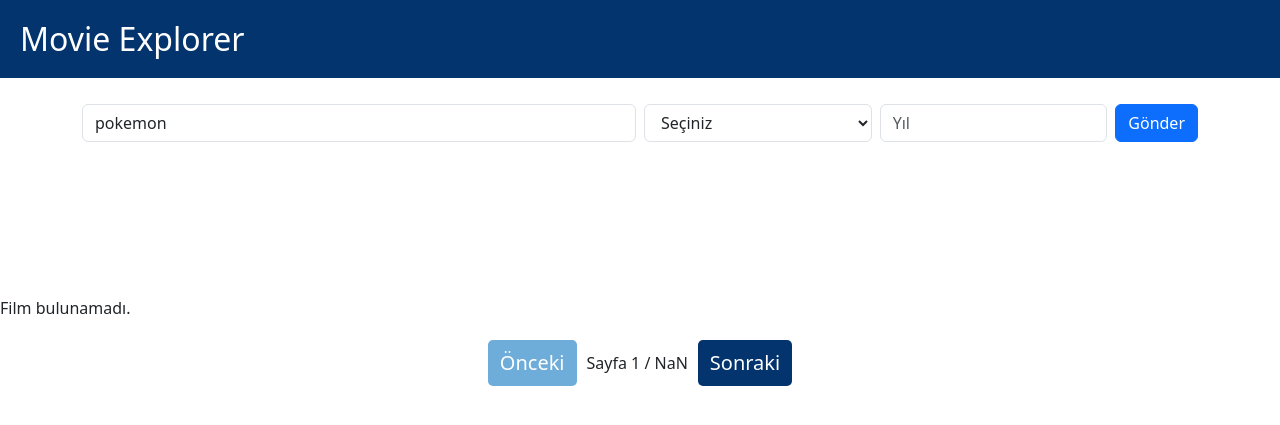
Repository: denizdizi/movie-explorer
Page: /
The author's editor kept a copy of each file at every save. The page is drawn from the files as they stood at one save, then again after the next save.
The browser window is 1280 px wide. The pictures show the whole page.
The page's requests for data from a server got no answer. The project was rebuilt for these pictures with package versions that can differ from the ones it lists, and the page was loaded fresh each time. No one was signed in, and anything a server would have sent is missing. Also part of the build but not shown: src/App.css, src/components/MovieCard.js, src/pages/MovieDetail.js.

Above is the page before, as saved 2025-03-29 01:13:45.

### src/index.js
import React from 'react';
import ReactDOM from 'react-dom/client';
import './index.css';
import App from './App';
import reportWebVitals from './reportWebVitals';
import { Provider } from 'react-redux';
import store from "./store/store";
import 'bootstrap/dist/css/bootstrap.min.css';
import 'bootstrap/dist/js/bootstrap.bundle.min';

const root = ReactDOM.createRoot(document.getElementById('root'));
root.render(
  <Provider store={store}>
    <App />
  </Provider>
);

// If you want to start measuring performance in your app, pass a function
// to log results (for example: reportWebVitals(console.log))
// or send to an analytics endpoint. Learn more: https://bit.ly/CRA-vitals
reportWebVitals();

### src/App.js
import './App.css';
import React from "react";
import { BrowserRouter as Router, Routes, Route } from "react-router-dom";
import Home from "./pages/Home";
import MovieDetails from "./pages/MovieDetail";
import "./styles/global.scss";

function App() {
  return (
    <Router>
      <Routes>
        <Route path="/" element={<Home />} />
        <Route path="/movie/:id" element={<MovieDetails />} />
      </Routes>
    </Router>
  );
}

export default App;

### src/store/store.js
import { createStore, applyMiddleware, combineReducers } from "redux";
import { thunk } from "redux-thunk";
import movieReducer from "./reducers";

const rootReducer = combineReducers({
  movies: movieReducer,
});

const store = createStore(rootReducer, applyMiddleware(thunk));

export default store;

### src/pages/Home.js
import React, { useEffect, useState } from "react";
import { useDispatch, useSelector } from "react-redux";
import { fetchMovies } from "../store/actions";
import { setPage } from "../store/actions";
import MovieList from "../components/MovieList";
import SearchBar from "../components/SearchBar";
import Pagination from "../components/Pagination";
import { TailSpin } from 'react-loader-spinner';

const Home = () => {
  const dispatch = useDispatch();
  const { movies } = useSelector((state) => state);

  useEffect(() => {
    dispatch(fetchMovies(movies.formData.query, movies.currentPage, movies.formData.type, movies.formData.year));
  }, [dispatch, movies.currentPage]);

  const handlePageChange = (newPage) => {
    dispatch(setPage(newPage));
  };

  return (
    <div>
      <h1 className="page-title">Movie Explorer</h1>
      <SearchBar/>
      {movies.loading && (
        <div className="loading-overlay">
          {/* TailSpin spinner'ını burada gösteriyoruz */}
          <TailSpin
            height="100"
            width="100"
            color="#00BFFF"
            ariaLabel='loading'
          />
        </div>
      )}
      {movies.error && <p>Hata: {movies.error}</p>}
      <MovieList movies={movies} />
      <Pagination
        currentPage={movies.currentPage}
        totalResults={movies.totalResults}
        onPageChange={handlePageChange}
      />
    </div>
  );
};

export default Home;

### src/styles/global.scss
body {
    padding-top: 80px;
    font-family: 'Franklin Gothic Medium', 'Arial Narrow', Arial, sans-serif;
    background-color: #f9f9f9;
}

.movie-list {
    justify-content: center;
}

.movie-line {
  display: flex;
  flex-wrap: wrap;
  align-items: center;
  margin-bottom: 2em;
  background-color: #f9f9f9;
  gap: 2em;
  justify-content: center;
}

.movie-card {
  width: 100%; /* Kartın genişliği */
  height: 300px; /* Kartın yüksekliği */
  border-radius: 10px; /* Köşeleri yuvarlat */
  box-shadow: 0 4px 8px rgba(0, 0, 0, 0.2); /* Gölgelendirme */
  overflow: hidden; /* İçerik taşmasını engelle */
  background-color: #fff; /* Arka plan beyaz */
  display: flex;
  flex-direction: column; /* İçeriği dikey yerleştir */
  align-items: center;
  justify-content: flex-start; /* Başlık ve içerikler üst kısımda yer alsın */
  padding: 10px;
  border: 1px solid #ddd; /* Çerçeve */
}

.img-container {
  width: 100%; /* Konteynerin genişliği */
  height: 60%; /* Resmin yüksekliği */
  overflow: hidden;
  padding: 0; /* Paddingi sıfırlayın */
  display: flex;
  justify-content: center;
  align-items: center; /* Resmin ortalanması için */
  border-radius: 5px;
}

.img-container img {
  width: 100%;
  height: 100%;
  object-fit: cover; /* Resmi konteynere tam sığdır */
  object-position: center;
}

.movie-card h3 {
  margin-top: 10px;
  font-size: 16px;
  text-align: center;
}

@media (max-width: 700px) {
  .movie-line {
    flex-direction: column;
  }

  .img-container {
    height: 60%; /* Küçük ekranlarda img-container yüksekliğini azaltın */
  }
}

.search-bar {
    display: flex;
    align-items: center;
    justify-content: center;
    margin: 20px 0;
  }

  .input-wrapper {
    display: flex;
    position: relative;
  }

  .search-input {
    padding: 10px;
    font-size: 1rem;
    border-radius: 5px;
    border: 1px solid #ccc;
    width: 300px;
    transition: all 0.3s ease;
  }

  .search-input:focus {
    border-color: #007bff;
    outline: none;
  }

  .clear-btn {
    position: absolute;
    top: 50%;
    right: 10px;
    transform: translateY(-50%);
    background: none;
    border: none;
    font-size: 18px;
    color: #ccc;
    cursor: pointer;
    transition: color 0.3s;
  }

  .search-btn {
    padding: 10px 20px;
    background-color: #03346E;
    color: white;
    border: none;
    border-radius: 5px;
    cursor: pointer;
    margin-left: 10px;
    font-size: 1rem;
  }

  .search-btn:hover {
    background-color: #0056b3;
  }

  .page-title {
    background-color: #03346E; /* Başlık arkaplan rengini koyu gri yapıyoruz */
    color: #fff; /* Yazı rengini beyaz yapıyoruz */
    padding: 20px; /* Arka planın etrafına biraz boşluk ekliyoruz */
    font-size: 2em; /* Başlık boyutunu büyütüyoruz */
    position: fixed; /* Başlık sabitlenecek */
    top: 0; /* Başlık üstte olacak */
    left: 0; /* Başlık solda olacak */
    width: 100%; /* Başlık tam genişlikte olacak */
    z-index: 1000; /* Başlık, diğer içeriklerin üstünde yer alacak */
    margin-top: 0;
  }

  .loading-overlay {
    position: fixed;
    top: 0;
    left: 0;
    width: 100%;
    height: 100%;
    background-color: rgba(0, 0, 0, 0.5); /* Yarı saydam siyah arka plan */
    display: flex;
    justify-content: center;
    align-items: center;
    z-index: 9999; /* Diğer içeriklerin üstünde olmalı */
  }

  .pagination {
    display: flex;
    justify-content: center;
    align-items: center;
    gap: 10px;
    margin: 20px 0;

    button {
      padding: 8px 12px;
      font-size: 20px;
      cursor: pointer;
      border: none;
      background: #03346E;
      color: white;
      border-radius: 5px;

      &:disabled {
        background: #6EACDA;
        cursor: not-allowed;
      }
    }
  }

### src/store/reducers.js
import { SET_PAGE, SET_FORM_DATA, SET_MOVIE, FETCH_MOVIES_REQUEST, FETCH_MOVIES_SUCCESS, FETCH_MOVIES_FAILURE } from "./actions";

const initialState = {
  formData: {
    query: "pokemon",
    type: "",
    year: "",
    page: 1,
  },
  movies: [],
  totalResults: "0",
  currentPage: 1,
  loading: false,
  error: null,
  searchQuery: "pokemon",
  selectedMovie: null,
};

const movieReducer = (state = initialState, action) => {
  switch (action.type) {
    case SET_PAGE:
      return {
        ...state,
        currentPage: action.payload,
      };
      case SET_FORM_DATA:
        return {
          ...state,
          formData: { ...state.formData, ...action.payload }, // Form verilerini günceller
        };
      case SET_MOVIE:
        return {
          ...state,
          selectedMovie: action.payload,
          loading: false,
        };
    case FETCH_MOVIES_REQUEST:
      return { ...state, loading: true };
    case FETCH_MOVIES_SUCCESS:
      return { ...state, loading: false, movies: action.payload.movies, totalResults: action.payload.totalResults };
    case FETCH_MOVIES_FAILURE:
      return { ...state, loading: false, error: action.payload };
    default:
      return state;
  }
};

export default movieReducer;

### src/store/actions.js
import { searchMovies, getMovieDetails } from "../utils/api";

export const FETCH_MOVIES_REQUEST = "FETCH_MOVIES_REQUEST";
export const FETCH_MOVIES_SUCCESS = "FETCH_MOVIES_SUCCESS";
export const FETCH_MOVIES_FAILURE = "FETCH_MOVIES_FAILURE";
export const SET_PAGE = "SET_PAGE";
export const SET_MOVIE = "SET_MOVIE";

export const fetchMovies = (query = "pokemon", page = 1, type, year, id) => async (dispatch) => {
  dispatch({ type: FETCH_MOVIES_REQUEST });

  try {
    const data = await searchMovies(query, page, type, year);
    dispatch({ type: FETCH_MOVIES_SUCCESS, payload: {movies: data.Search, totalResults: data.totalResults} });
  } catch (error) {
    dispatch({ type: FETCH_MOVIES_FAILURE, payload: error.message });
  }
};

export const fetchMoviesById = (id) => async (dispatch) => {
  dispatch({ type: FETCH_MOVIES_REQUEST });

  try {
    const data = await getMovieDetails(id);
    dispatch({ type: SET_MOVIE, payload: data });
  } catch (error) {
    dispatch({ type: FETCH_MOVIES_FAILURE, payload: error.message });
  }
};

export const setPage = (page) => ({
  type: SET_PAGE,
  payload: page,
});

export const SET_FORM_DATA = "SET_FORM_DATA";

export const setFormData = (formData) => ({
  type: SET_FORM_DATA,
  payload: formData,
});

export const MOVIE = "SET_MOVIE";

export const setMovie = (formData) => ({
  type: SET_MOVIE,
  payload: formData,
});

### src/components/MovieList.js
import React from "react";
import { Row, Col } from "react-bootstrap";
import MovieCard from "./MovieCard";

const MovieList = ({ movies }) => {
  if (!movies || !movies.movies || movies.movies.length === 0) {
    return <p>Film bulunamadı.</p>;
  }

  return (
    <div className="movie-list container mt-4">
    <Row className="g-3 justify-content-center">
      {movies.movies.slice(0, 5).map((movie) => (
        <Col key={movie.imdbID} xs={12} sm={6} md={4} lg={2}>
          <MovieCard movie={movie} />
        </Col>
      ))}
    </Row>
    <Row className="g-3 justify-content-center mt-3">
      {movies.movies.slice(5, 10).map((movie) => (
        <Col key={movie.imdbID} xs={12} sm={6} md={4} lg={2}>
          <MovieCard movie={movie} />
        </Col>
      ))}
    </Row>
  </div>
    // <div className="movie-list">
    //   <div className="row movie-line">
    //     {movies.movies.slice(0, 5).map((movie) => (
    //       <MovieCard key={movie.imdbID} movie={movie} />
    //     ))}
    //   </div>
    //   <div className="row movie-line">
    //     {movies.movies.slice(5, 10).map((movie) => (
    //       <MovieCard key={movie.imdbID} movie={movie} />
    //     ))}
    //   </div>
    // </div>
  );
};

export default MovieList;

### src/components/SearchBar.js
import React, { useState } from "react";
import { fetchMovies } from "../store/actions";
import { useDispatch, useSelector } from "react-redux";
import { setFormData, setPage } from "../store/actions"; // Redux store'dan formData'yı güncellemek için kullanıyoruz

const SearchBar = () => {
  const options = [{
    value: "movie",
    label: "Movie",
  },
  {
    value: "series",
    label: "Series",
  },
  {
    value: "episode",
    label: "Episode",
  }];

  const dispatch = useDispatch();

  const [yearError, setYearError] = useState("");
  const { movies } = useSelector((state) => state);
  const { formData } = movies;


  const handleSubmit = (e) => {
    e.preventDefault();
    if (!yearError || formData.query.trim() !== "") {
      dispatch(setPage(1));
      dispatch(fetchMovies(formData.query, formData.page, formData.type, formData.year));
    }
  };

  const handleChange = (e) => {
    const { name, value } = e.target;
    dispatch(setFormData({ [name]: value }));

    if (name === "year") {
      if (value < 1900 || value > 2025) {
        setYearError("Lütfen 1900 ile 2025 arasında bir yıl giriniz.");
      } else {
        setYearError("");
      }
    }
  };

  const isSubmitDisabled = !formData.query.trim();

  return (
    <div className="container mt-4" style={{ height: "200px" }}>
      <form onSubmit={handleSubmit}>
        <div className="row g-2">
          <div className="col-6">
            <input type="text" className="form-control" placeholder="Search" onChange={handleChange} name="query" value={formData.query}/>
          </div>
          <div className="col">
            <select className="form-control" style={{ appearance: "auto" }} onChange={handleChange} name="type" value={formData.type}>
              <option value="">Seçiniz</option>
              {options.map((option, index) => (
                <option key={index} value={option.value}>{option.label}</option>
              ))}
            </select>         </div>
          <div className="col">
            <input
              type="number"
              className="form-control"
              placeholder="Yıl"
              min="1900"
              max="2025"
              onChange={handleChange}
              name="year"
              value={formData.year}
            />
            {yearError && <small className="text-danger">{yearError}</small>}
          </div>
          <div className="col-auto">
            <button type="submit" className="btn btn-primary" disabled={isSubmitDisabled}>Gönder</button>
          </div>
        </div>
      </form>
    </div>
  );
};

export default SearchBar;

### src/components/Pagination.js
import React from "react";

const Pagination = ({currentPage, totalResults, onPageChange}) => {
  const totalPages = Math.ceil(totalResults / 10);

  const handleNext = () => {
    if (currentPage < totalPages) {
      onPageChange(currentPage + 1);
    }
  };

  const handlePrev = () => {
    if (currentPage > 1) {
      onPageChange(currentPage - 1);
    }
  };

  return (
    <div className="pagination">
      <button onClick={handlePrev} disabled={currentPage === 1}>
        Önceki
      </button>
      <span>Sayfa {currentPage} / {totalPages}</span>
      <button onClick={handleNext} disabled={currentPage === totalPages}>
        Sonraki
      </button>
    </div>
  );
};

export default Pagination;

### src/utils/api.js
import axios from "axios";

const API_KEY = "df54e6ed";
const BASE_URL = "https://www.omdbapi.com/";

export const searchMovies = async (text, page, type, year) => {
  try {
    const response = await axios.get(BASE_URL, {
      params: {
        apikey: API_KEY,
        s: text,
        y: year,
        type: type,
        page: page,
      },
    });
    return response.data;
  } catch (error) {
    console.error("Film arama hatası:", error);
    return [];
  }
};

export const getMovieDetails = async (movieID) => {
  try {
    const response = await axios.get(BASE_URL, {
      params: {
        apikey: API_KEY,
        i: movieID,
      },
    });
    return response.data;
  } catch (error) {
    console.error("Film detaylarını getirme hatası:", error);
    return null;
  }
};

Loaded but not shown: public/index.html (common file); src/index.css (common file); src/reportWebVitals.js (common file); src/styles/movie.scss (no stored copy; drawn as an empty file)

After the next save:
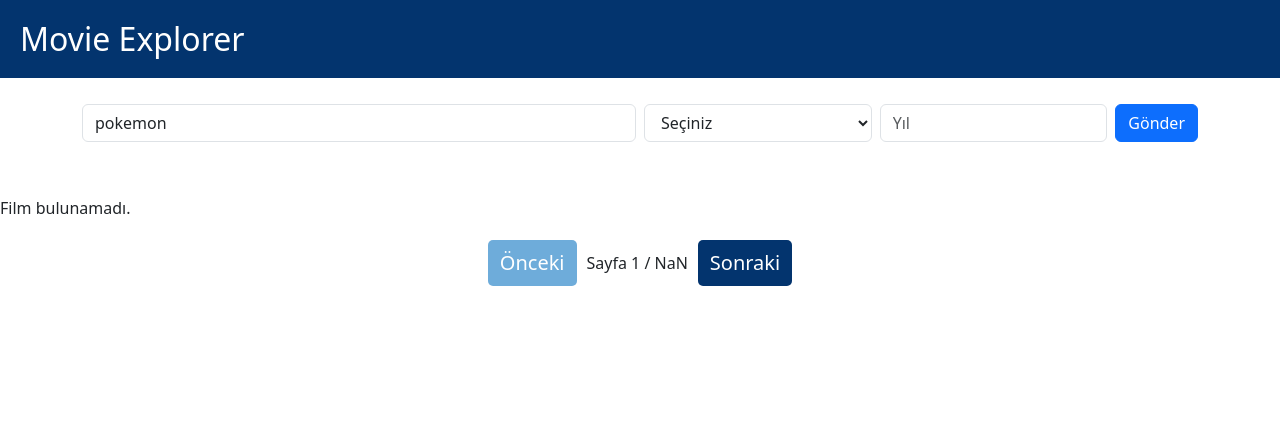
Saved 14 s later.
--- a/src/components/SearchBar.js
+++ b/src/components/SearchBar.js
@@ -48,7 +48,7 @@ const SearchBar = () => {
   const isSubmitDisabled = !formData.query.trim();
 
   return (
-    <div className="container mt-4" style={{ height: "200px" }}>
+    <div className="container mt-4" style={{ height: "100px" }}>
       <form onSubmit={handleSubmit}>
         <div className="row g-2">
           <div className="col-6">
